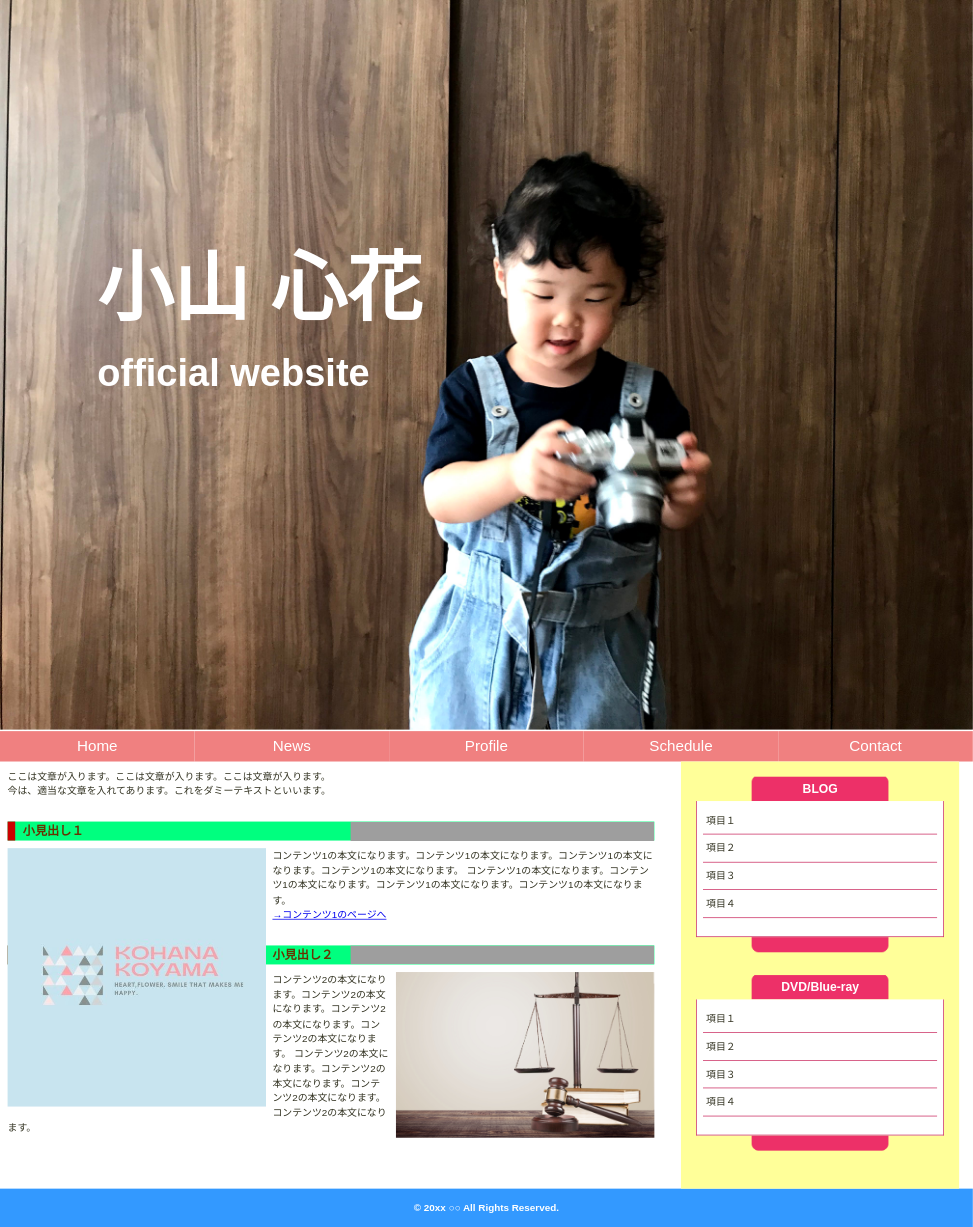
Repository: yutakakoyama/samurai_HTML-CSS
Page: home.html
The author's editor kept a record of every edit. The page is drawn from the files as they stood at one moment, then again after the next edit.
The browser window is 1280 px wide. The pictures show the whole page, at 76% of full size.
Pictures or frames that could not be fetched are drawn as grey boxes.

Above is the page before.

### home.html
<!DOCTYPE html>
<html lang="ja">
    <head>
        <meta charset="UTF-8">
        <title>HTML/CSSの学習</title>
        <link rel="stylesheet" href="stylesheet.css"/>
    </head>
    <body>
            <div id="header">
                <h1><a href="index.html"><img id="corridor" src="images/kohana.camera.jpg" alt="大学の廊下" /></a></h1>
                <h2>小山 心花</h2>
            <h3>official website</h3>
            </div>
        <div id="wrapper">
            <div id="nav">
                <ul>
                    <li><a href="home.html">Home</a></li>
                    <li><a href="#">News</a></li>
                    <li><a href="#">Profile</a></li>
                    <li><a href="#">Schedule</a></li>
                    <li><a href="#">Contact</a></li>
                </ul>
            </div>
            <div id="container">
                <div id="main">
                    <div class="post">
                        <p>ここは文章が入ります。ここは文章が入ります。ここは文章が入ります。<br />今は、適当な文章を入れてあります。これをダミーテキストといいます。</p>
                    </div>
                    <div class="post clearfix">
                        <h2>小見出し１</h2>
                        <img class="left" src="images/Kohana koyama.jpg" alt="授業風景" />
                        <p>
                            コンテンツ1の本文になります。コンテンツ1の本文になります。コンテンツ1の本文になります。コンテンツ1の本文になります。
                            コンテンツ1の本文になります。コンテンツ1の本文になります。コンテンツ1の本文になります。コンテンツ1の本文になります。
                        </p>
                        <p><a href="#">→コンテンツ1のページへ</a></p>
                    </div>
                    <div class="post clearfix">
                        <h2>小見出し２</h2>
                        <img class="right" src="images/scale.jpg" alt="天秤" />
                        <p>
                            コンテンツ2の本文になります。コンテンツ2の本文になります。コンテンツ2の本文になります。コンテンツ2の本文になります。
                            コンテンツ2の本文になります。コンテンツ2の本文になります。コンテンツ2の本文になります。コンテンツ2の本文になります。
                        </p>
                    </div>
                </div>
                <div id="side">
                    <div class="box">
                        <h2>BLOG</h2>
                        <div class="boxBody">
                            <ul>
                                <li>項目１</li>
                                <li>項目２</li>
                                <li>項目３</li>
                                <li>項目４</li>
                            </ul>
                        </div>
                    </div>
                    <div class="box">
                        <h2>DVD/Blue-ray</h2>
                        <div class="boxBody">
                            <ul>
                                <li>項目１</li>
                                <li>項目２</li>
                                <li>項目３</li>
                                <li>項目４</li>
                            </ul>
                        </div>
                    </div>
                 </div>
            </div>
         </div>
            <div id="footer">
                <p>&copy; 20xx ○○ All Rights Reserved.</p>
            </div>
    </body>
</html>

### stylesheet.css
@charset "utf-8";

body {
	margin: 0;
	padding: 0;
	font-family: "YuMincho", "Hiragino Kaku Gothic Pro", "メイリオ", Meiryo, Osaka, "ＭＳ Ｐゴシック", "MS PGothic", sans-serif;
	color: #332;
	font-size: 13px;
	line-height: 150%;
}

/* -------------------- wrapper -------------------- */
#wrapper {
    width: 100%;
    margin: auto;
    padding: 0px;
    border: 0px;
    background-color: #FFF;
    top: 10px;
}

 /* -------------------- header -------------------- */
 #header {
 	width: 100%;
 }
 #header h1 {
 	 margin: 0;
	 padding: 0;
	 position: relative;
 }

 #header h2 {
  position: absolute;
  top: 40%;
  left: 10%;
  font-size: 100px;
  color: #ffffff;
 }

 #header h3 {
  position: absolute;
  top: 60%;
  left: 10%;
  font-size: 50px;
  color: #ffffff;
 }

 #corridor {
	 width: 100%;
	 height: auto;
 }

 /* -------------------- footer -------------------- */
 #footer {
     clear: both;
     width: 100%;
     padding: 3px 0 3px 0;
     background: #39F;
     color: #FFF;
     font-weight: bold;
     text-align: center;
 }

 /* -------------------- nav -------------------- */
 #nav {
     width: 100%;

 }
 #nav ul {
     display: flex;
     margin: 0;
     padding: 0;
     list-style-type: none;
 }
 #nav ul li {
     width: 20%;
     text-align: center;
 }
 #nav ul li a {
     display: block;
     height: 20px;
     margin: 0;
     padding: 10px;
     color: #FFF;
     font-size: 20px;
     text-decoration: none;
     background-color: #f08080;
 }
 #nav ul li a:hover {
     filter: drop-shadow(10px 10px 10px black);
 }

 /* -------------------- container -------------------- */
 #container {
     width: 100%;
     margin: auto;
     padding: auto;
     clear: both;
     display: grid;
     grid-template-columns: 70vw 30vw;
 }

 /* -------------------- main -------------------- */
 #main {
     width: 95%;
     padding: 10px 30px 10px 10px;
 }
 #main h2 {
     margin: 0 0 10px 0;
     padding: 3px 10px 3px 10px;
     color: #663300;
     font-size: 16px;
     border-left: solid 10px #C00;
     background: #00ff7f url(../images/main_h2.jpg) right top repeat-y;
 }
 #main p {
     margin: 0;
     padding: 0;
 }
 #main .post {
     margin: 0 0 30px 0;
 }
 #main .post img.right {
     margin: 0 0 0 8px;
 }
 #main .post img.left {
     margin: 0 8px 0 0;
 }

 .right {
     float: right;
     width: 40%;
     height: auto;
 }
 .left {
     float: left;
     width: 40%;
     height: auto;
 }

 /* -------------------- clearfix -------------------- */
 .clearfix {
     zoom: 1;
 }
 .clearfix:after{
     container: "";
     display: block;
     clear: both;
 }

 /* -------------------- side -------------------- */
 #side {
     width: 85%;
     padding: 20px;
     background-color: #ffff99;
 }
 #side .box {
     margin: 0 auto 30px auto;
     padding: 0 0 20px 0;
     background: url(images/side_box.png) bottom no-repeat;
 }
 #side .box h2 {
     margin: 0;
     padding: 8px;
     text-align: center;
     color: #fff;
     font-size: 16px;
     line-height: 16px;
     font-weight: nomal;
     background: url(images/side_box_h2.png) center no-repeat;
 }
 #side .box .boxBody {
     padding: 8px;
     border-right: solid 1px #C36;
     border-bottom: solid 1px #C36;
     border-left: solid 1px #C36;
     background: #fff;
 }
 #side .box .boxBody ul {
     margin: 0 0 16px 0;
     padding: 0;
 }
 #side .box .boxBody ul li {
     padding: 8px 0 8px 4px;
     list-style: none;
     border-bottom: solid 1px #C36;
 }
 #side .box .boxBody ul li:hover {
     padding: 8px 0 8px 4px;
     list-style: none;
     border-bottom: solid 1px #C36;
     box-shadow: 0px 4px 4px rgba(0, 0, 0, 0.3);
 }

After the next edit:
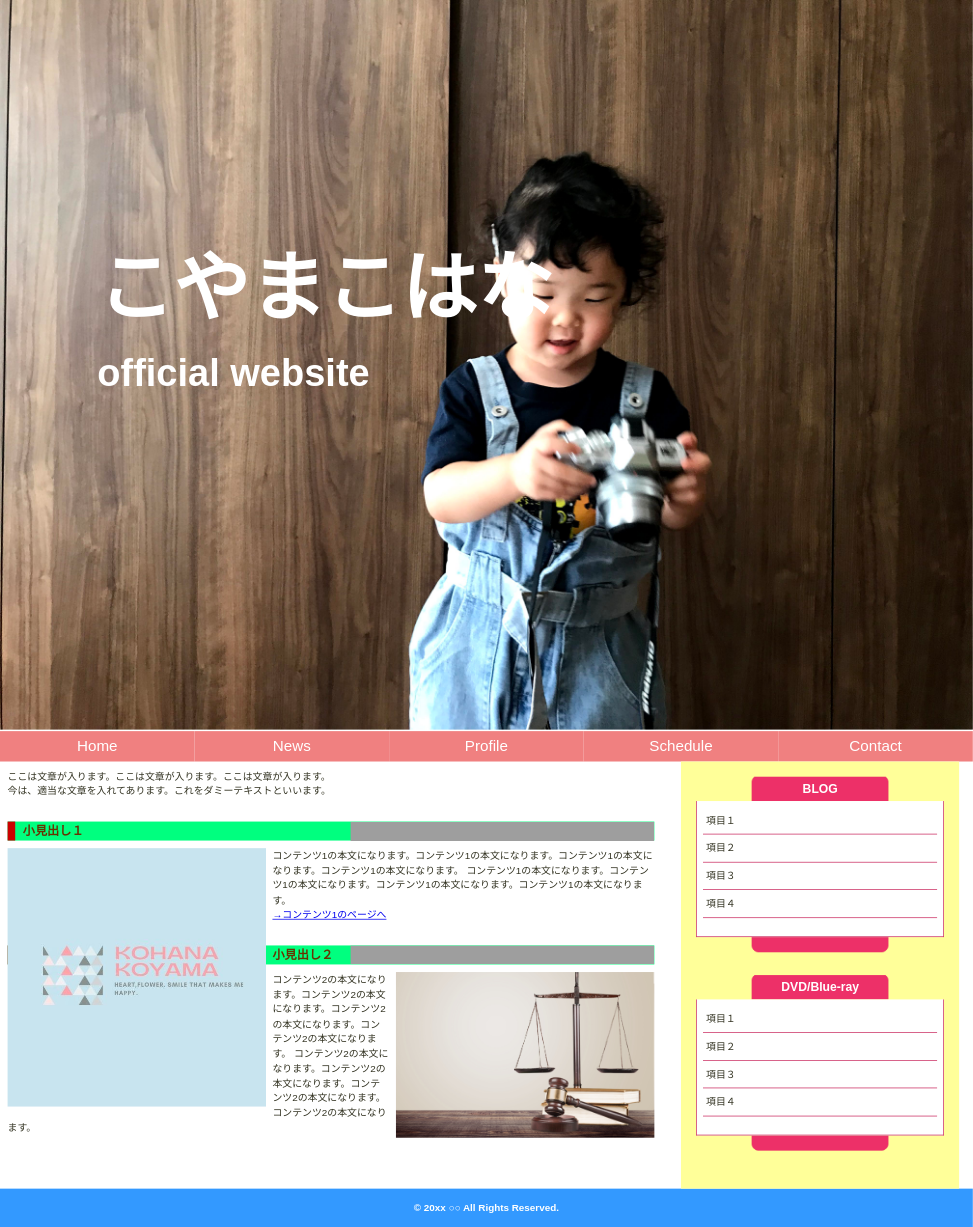
The edit:
--- a/home.html
+++ b/home.html
@@ -8,7 +8,7 @@
     <body>
             <div id="header">
                 <h1><a href="index.html"><img id="corridor" src="images/kohana.camera.jpg" alt="大学の廊下" /></a></h1>
-                <h2>小山 心花</h2>
+                <h2>こやまこはな</h2>
             <h3>official website</h3>
             </div>
         <div id="wrapper">
